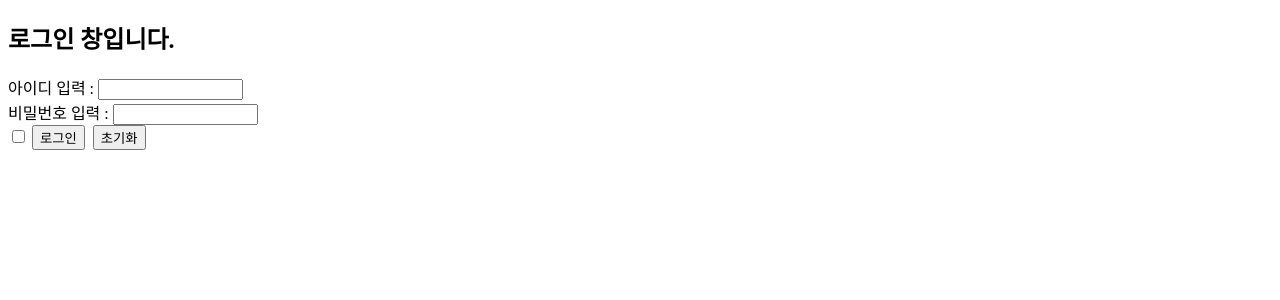
Repository: markahn02050/jsp_practice
Page: http://localhost/JSPBasic/jspObject/3.cookie/cookie_login.jsp
These files come from the project's save history. The page is drawn as it stood at one moment and after the next save; the edit follows.
The browser window is 1280 px wide. The pictures show the whole page.
The page is served by Tomcat 9.

Above is the page before, as saved 2022-02-07 01:21:48.

### JSPBasic/src/main/webapp/jspObject/3.cookie/cookie_login.jsp
<%@ page language="java" contentType="text/html; charset=UTF-8"
    pageEncoding="UTF-8"%>
<%
	// 생성된 user_id쿠키를 검색해서 쿠키가 존재한다면
	// 로그인 창 대신에 브라우저에 "이미 로그인한 사용자입니다."
	// 를 출력해주시고, user_id가 없을때는 로그인 입력창이 등장하도록
	// if ~ else를 활용해주세요.
%>
<!DOCTYPE html>
<html>
<head>
<meta charset="UTF-8">
<title>Insert title here</title>
</head>
<body>
<!-- 로그인은 form으로 구성해주시면 됩니다.
input text 1개(유저 아이디 입력), input password 1개(비밀번호 입력),
input checkbox 1개(자동로그인)
목적지는 cookie_login_ok.jsp로 해주세요. -->
<h2>로그인 창입니다.</h2>

<form action="cookie_login_ok.jsp" method="post">
	아이디 입력 : <input type="text" name="userId" size="15px" /><br/>
	비밀번호 입력 : <input type="password" name="userPw" size="15px" /><br/>
	<input  type="checkbox" name = "auto" value="checked">
	<input type="submit" value="로그인" />&nbsp;
	<input type = "reset" value = "초기화">

</form>

</body>
</html>

After the next save:
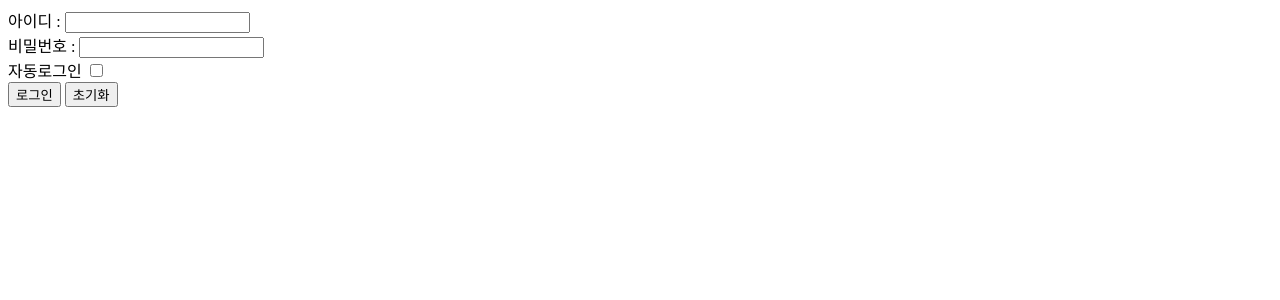
Saved 27 s later.
--- a/JSPBasic/src/main/webapp/jspObject/3.cookie/cookie_login.jsp
+++ b/JSPBasic/src/main/webapp/jspObject/3.cookie/cookie_login.jsp
@@ -1,10 +1,25 @@
 <%@ page language="java" contentType="text/html; charset=UTF-8"
     pageEncoding="UTF-8"%>
 <%
-	// 생성된 user_id쿠키를 검색해서 쿠키가 존재한다면
-	// 로그인 창 대신에 브라우저에 "이미 로그인한 사용자입니다."
-	// 를 출력해주시고, user_id가 없을때는 로그인 입력창이 등장하도록
-	// if ~ else를 활용해주세요.
+	// auto login 관련해서 발급된 쿠키가 있는지 체크해서 쿠키가 있다면
+	// 로그인 창을 보여주는 대신 바로 welcome페이지로 보내주세요.(cookie_check.jsp 참조)
+	Cookie[] cookies = request.getCookies();
+	String autoLogin = null;
+
+	// 향상된 for문으로도 처리 가능함.
+	if(cookies != null){
+		for(Cookie cookie : cookies){
+			autoLogin = cookie.getName();
+			System.out.println(autoLogin);
+			System.out.println(cookie.getValue());
+			// null값이 들어왔을때 바로 equals를 쓰면 500에러 발생
+			// short circuit을 이용해서 null이 아닌 경우만 equals를 실행하도록 조건식 작성
+			if(autoLogin.equals("auto_login")){
+				// cookie_welcome 페이지로 리다이렉트
+				response.sendRedirect("cookie_welcome.jsp");
+			}
+		}
+	}
 %>
 <!DOCTYPE html>
 <html>
@@ -13,20 +28,16 @@
 <title>Insert title here</title>
 </head>
 <body>
-<!-- 로그인은 form으로 구성해주시면 됩니다.
+<!-- 로그인창은 form으로 구성해주시면 됩니다.
 input text 1개(유저 아이디 입력), input password 1개(비밀번호 입력),
 input checkbox 1개(자동로그인)
-목적지는 cookie_login_ok.jsp로 해주세요. -->
-<h2>로그인 창입니다.</h2>
-
-<form action="cookie_login_ok.jsp" method="post">
-	아이디 입력 : <input type="text" name="userId" size="15px" /><br/>
-	비밀번호 입력 : <input type="password" name="userPw" size="15px" /><br/>
-	<input  type="checkbox" name = "auto" value="checked">
-	<input type="submit" value="로그인" />&nbsp;
-	<input type = "reset" value = "초기화">
-
-</form>
-
+목적지는 cookie_login_ok.jsp 로 해 주세요.-->
+	<form action="cookie_login_ok.jsp">
+		아이디 : <input type="text" name="userId"><br/>
+		비밀번호 : <input type="password" name="userPw"><br/>
+		자동로그인 <input type="checkbox" name="auto" value="checked"><br/>
+		<input type="submit" value="로그인" />
+		<input type="reset" value="초기화" />
+	</form>
 </body>
 </html>
